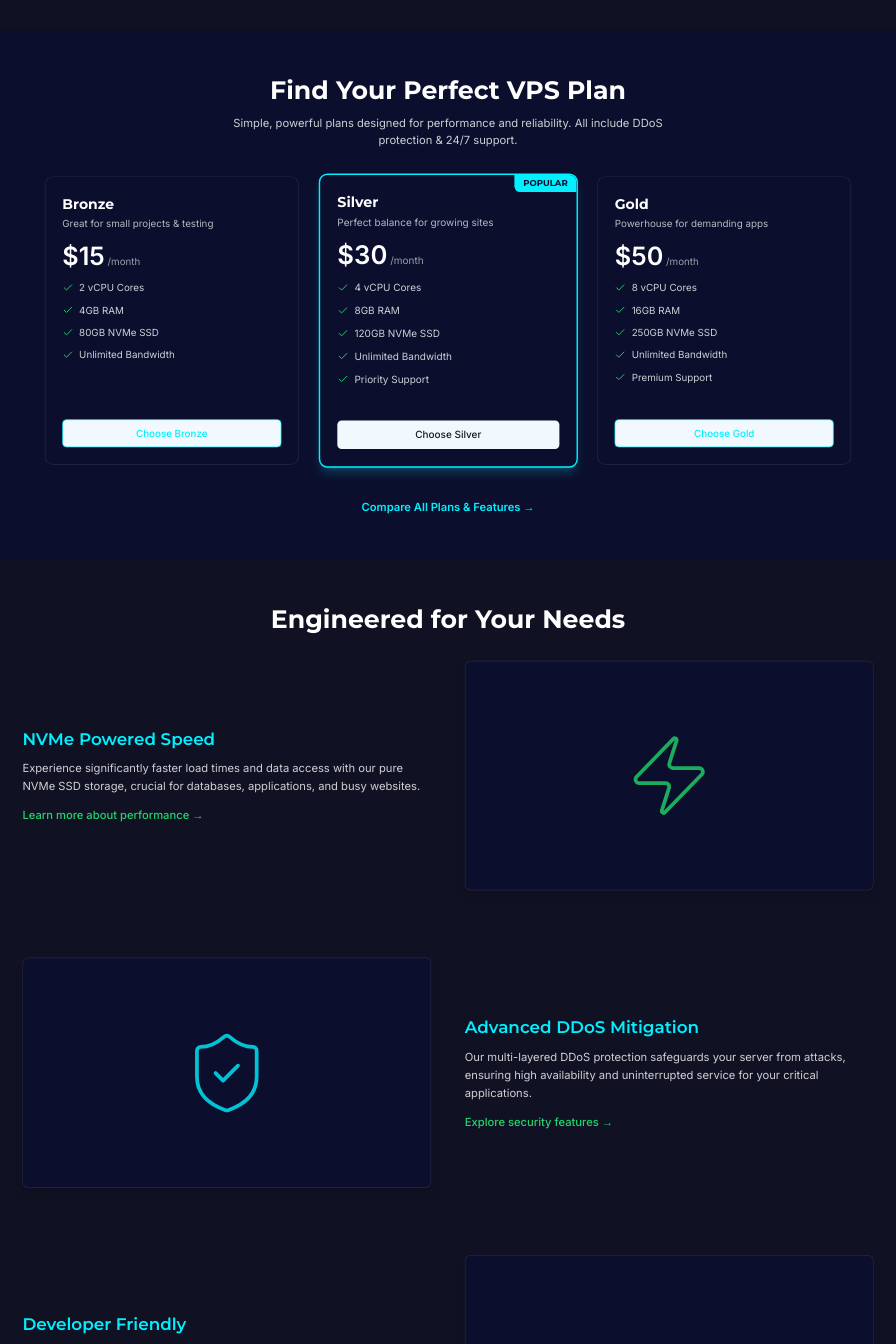
Repository: Husnainn01/stealthrdp2
Page: /
These files come from the project's save history. The page is drawn as it stood at one moment and after the next save; the edit follows.
The browser window is 1280 px wide. The pictures show the part of the page from y = 1100 to 3020 px (the page is 4658 px tall before and 4638 px after), at 70% of full size.
The project was rebuilt for these pictures with package versions that can differ from the ones it lists, and the page was loaded fresh each time. Also part of the build but not shown: vite.config.ts, src/components/ui/tooltip.tsx, src/components/ui/accordion.tsx, src/pages/FAQ.tsx, src/components/ui/card.tsx, src/components/ui/tabs.tsx, src/pages/Plans.tsx, src/pages/Features.tsx and 1 more.

Above is the page before, as saved 2025-05-05 23:30:36.

After the next save:
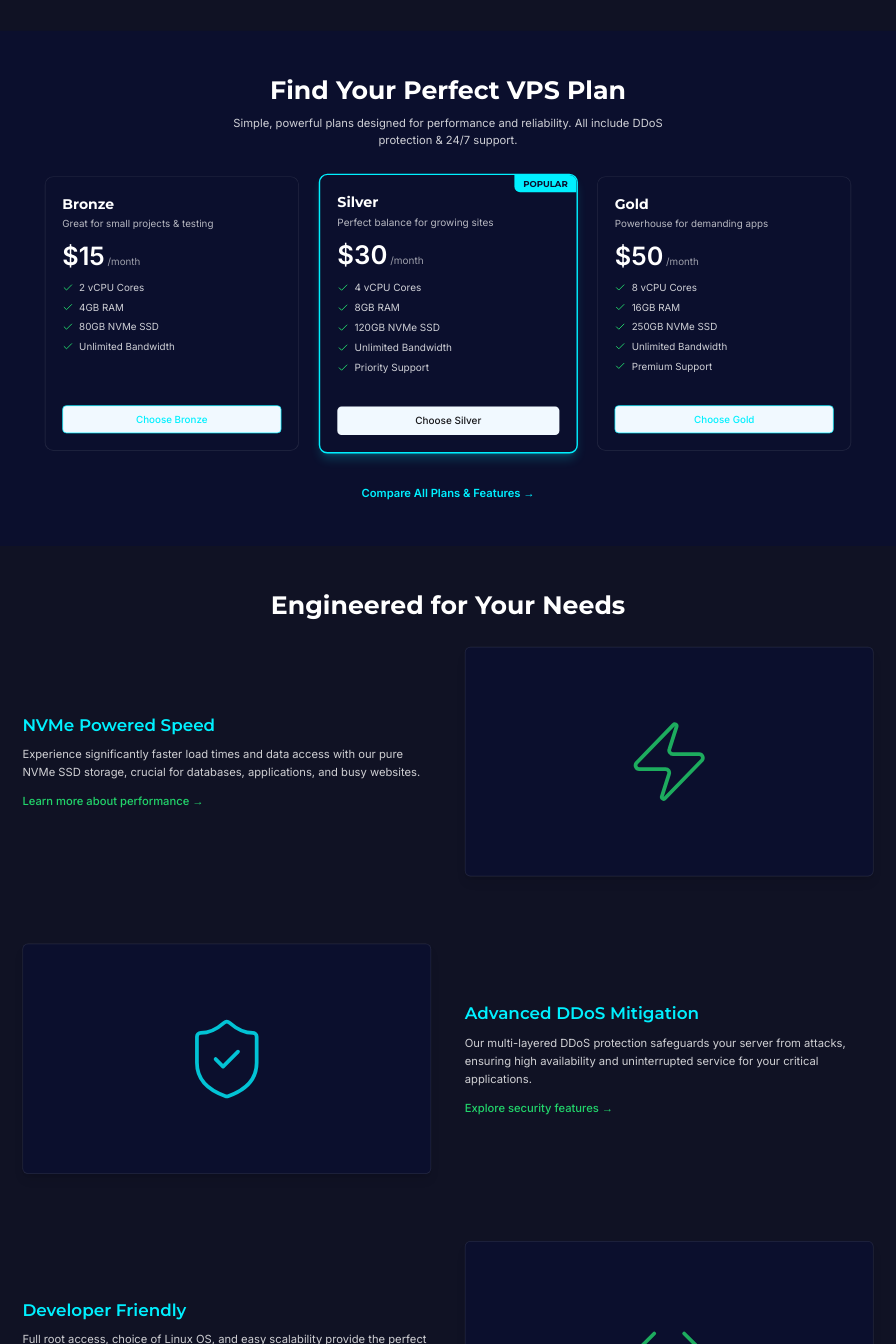
Saved 12 s later.
--- a/src/pages/Index.tsx
+++ b/src/pages/Index.tsx
@@ -117,7 +117,7 @@
                   <span className="text-4xl font-bold text-white">$15</span>
                   <span className="text-white/60 ml-1 text-sm">/month</span>
                 </div>
-                <ul className="space-y-3 mb-6 text-sm">
+                <ul className="space-y-2 mb-5 text-sm">
                   <li className="flex items-center gap-2"><Check className="h-4 w-4 text-cyber flex-shrink-0" /><span className="text-white/80">2 vCPU Cores</span></li>
                   <li className="flex items-center gap-2"><Check className="h-4 w-4 text-cyber flex-shrink-0" /><span className="text-white/80">4GB RAM</span></li>
                   <li className="flex items-center gap-2"><Check className="h-4 w-4 text-cyber flex-shrink-0" /><span className="text-white/80">80GB NVMe SSD</span></li>
@@ -143,7 +143,7 @@
                   <span className="text-4xl font-bold text-white">$30</span>
                   <span className="text-white/60 ml-1 text-sm">/month</span>
                 </div>
-                <ul className="space-y-3 mb-6 text-sm">
+                <ul className="space-y-2 mb-5 text-sm">
                   <li className="flex items-center gap-2"><Check className="h-4 w-4 text-cyber flex-shrink-0" /><span className="text-white/80">4 vCPU Cores</span></li>
                   <li className="flex items-center gap-2"><Check className="h-4 w-4 text-cyber flex-shrink-0" /><span className="text-white/80">8GB RAM</span></li>
                   <li className="flex items-center gap-2"><Check className="h-4 w-4 text-cyber flex-shrink-0" /><span className="text-white/80">120GB NVMe SSD</span></li>
@@ -167,7 +167,7 @@
                   <span className="text-4xl font-bold text-white">$50</span>
                   <span className="text-white/60 ml-1 text-sm">/month</span>
                 </div>
-                <ul className="space-y-3 mb-6 text-sm">
+                <ul className="space-y-2 mb-5 text-sm">
                   <li className="flex items-center gap-2"><Check className="h-4 w-4 text-cyber flex-shrink-0" /><span className="text-white/80">8 vCPU Cores</span></li>
                   <li className="flex items-center gap-2"><Check className="h-4 w-4 text-cyber flex-shrink-0" /><span className="text-white/80">16GB RAM</span></li>
                   <li className="flex items-center gap-2"><Check className="h-4 w-4 text-cyber flex-shrink-0" /><span className="text-white/80">250GB NVMe SSD</span></li>
